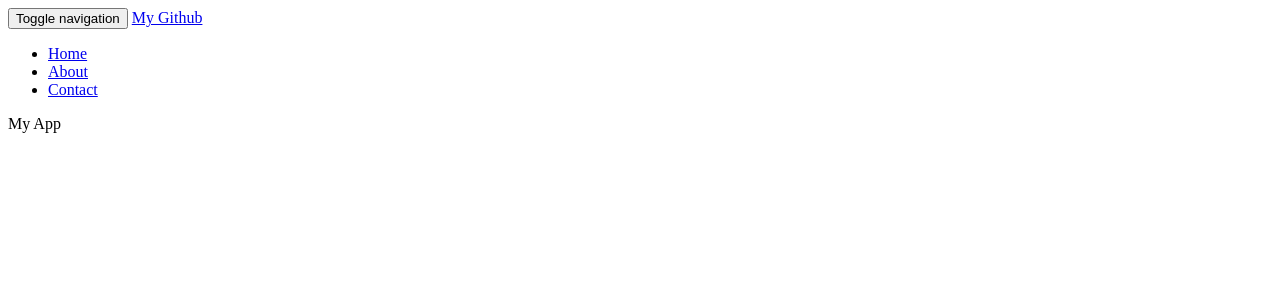
Repository: kehindeegunjobi93/github-profile-viewer
Page: /
An editor plug-in stored every save of this project. The page is shown before and after the next save, followed by the edit.
The browser window is 1280 px wide. The pictures show the whole page.
The project was rebuilt for these pictures with package versions that can differ from the ones it lists, and the page was loaded fresh each time. Also part of the build but not shown: webpack.config.js.

Above is the page before, as saved 2018-10-20 16:31:18.

### index.html
<!DOCTYPE html>
<html lang="en">
  <head>
    <!-- <script src="https://unpkg.com/lodash@4.16.6"></script> -->
    <meta charset="utf-8">
    <meta name="viewport"
      content="width=device-width, initial-scale=1, shrink-to-fit=no">
    <title>My Github</title>
  </head>
  <body>
      <nav class="navbar navbar-default">
          <div class="container">
            <div class="navbar-header">
              <button type="button" class="navbar-toggle collapsed" data-toggle="collapse" data-target="#navbar" aria-expanded="false" aria-controls="navbar">
                <span class="sr-only">Toggle navigation</span>
                <span class="icon-bar"></span>
                <span class="icon-bar"></span>
                <span class="icon-bar"></span>
              </button>
              <a class="navbar-brand" href="#">My Github</a>
            </div>
            <div id="navbar" class="collapse navbar-collapse">
              <ul class="nav navbar-nav">
                <li class="active"><a href="#">Home</a></li>
                <li><a href="#about">About</a></li>
                <li><a href="#contact">Contact</a></li>
              </ul>
            </div><!--/.nav-collapse -->
          </div>
        </nav>
    <div id="root"></div>
    <script src="dist/bundle.js"></script>
  </body>
</html>

### src/index.js
import React from 'react';
import ReactDOM from 'react-dom';
import App from './components/App.jsx';

ReactDOM.render(
    <App />,
    document.getElementById('root')
);

### src/components/App.jsx
import React, { Component } from 'react';
import ReactDOM from 'react-dom';


class App extends Component {
   render(){
       return(
           <div>
               My App
           </div>
       )
   }
}

export default App;

After the next save:
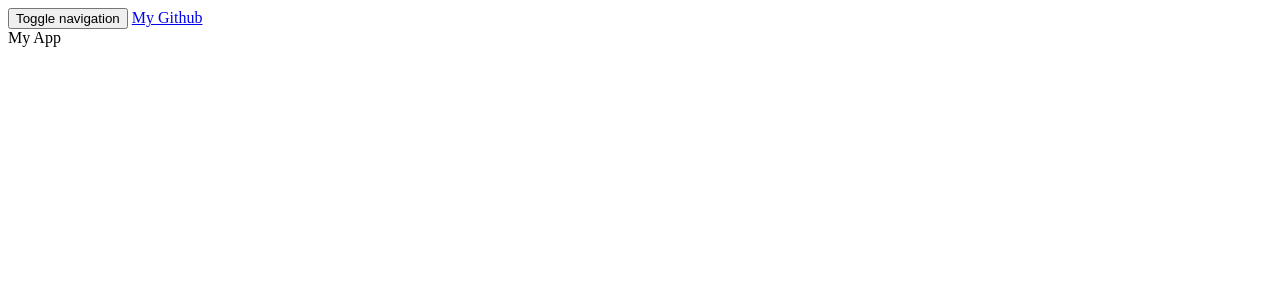
Saved 7 min 26 s later.
--- a/index.html
+++ b/index.html
@@ -20,11 +20,7 @@
               <a class="navbar-brand" href="#">My Github</a>
             </div>
             <div id="navbar" class="collapse navbar-collapse">
-              <ul class="nav navbar-nav">
-                <li class="active"><a href="#">Home</a></li>
-                <li><a href="#about">About</a></li>
-                <li><a href="#contact">Contact</a></li>
-              </ul>
+
             </div><!--/.nav-collapse -->
           </div>
         </nav>
